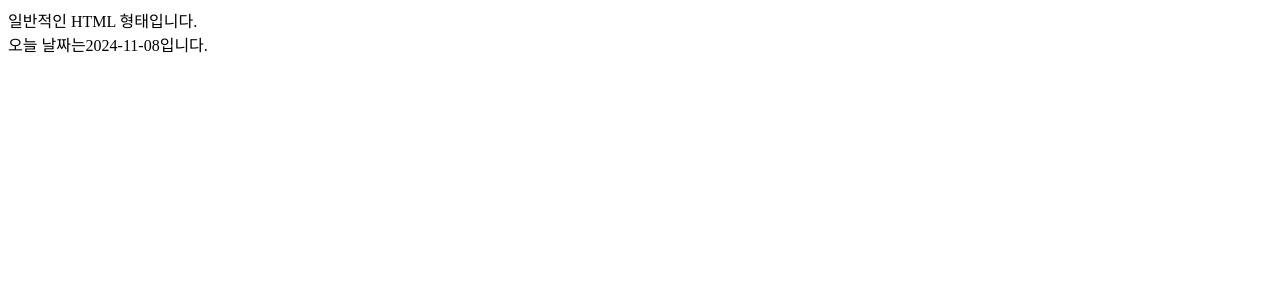
Repository: suji3kr/JSP_data
Page: http://localhost/studyJSP/date_exam.jsp
An editor plug-in stored every save of this project. The page is shown before and after the next save, followed by the edit.
The browser window is 1280 px wide. The pictures show the whole page.
The page is served by Tomcat 10. Other server files are loaded and not shown.

Above is the page before, as saved 2024-11-11 06:23:56.

### studyJSP/src/main/webapp/date_exam.jsp
<%@page import="java.text.SimpleDateFormat"%>
<%@ page language="java" contentType="text/html; charset=UTF-8"
    pageEncoding="UTF-8"%>
<%@ page import ="java.util.*, java.text.*" %>
<!DOCTYPE html>
<html>
<head>
<meta charset="UTF-8">
<title>날짜 실습</title>
</head>
<body>

	<%
		Date date = new Date();
		SimpleDateFormat simpleDate = new SimpleDateFormat("yyy-MM-dd");
		String strdate = simpleDate.format(date);
	%>
	일반적인 HTML 형태입니다.<br>
	오늘 날짜는<%=strdate %>입니다.

</body>
</html>

After the next save:
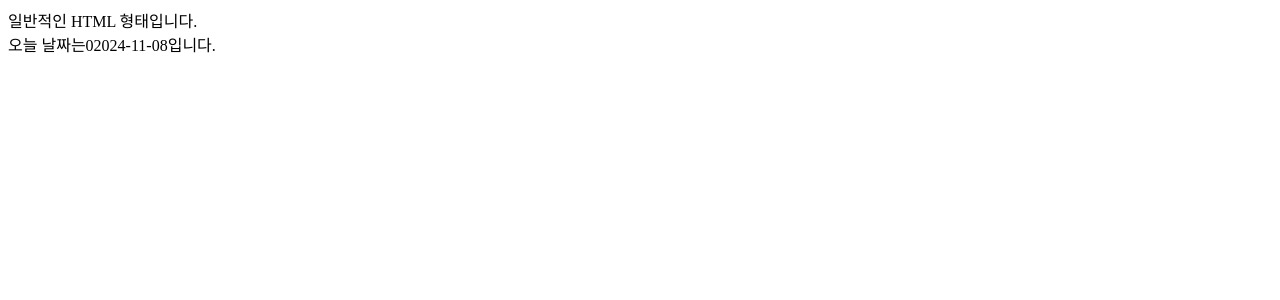
Saved 8 s later.
--- a/studyJSP/src/main/webapp/date_exam.jsp
+++ b/studyJSP/src/main/webapp/date_exam.jsp
@@ -12,7 +12,7 @@
 
 	<%
 		Date date = new Date();
-		SimpleDateFormat simpleDate = new SimpleDateFormat("yyy-MM-dd");
+		SimpleDateFormat simpleDate = new SimpleDateFormat("yyyyy-MM-dd");
 		String strdate = simpleDate.format(date);
 	%>
 	일반적인 HTML 형태입니다.<br>

After the save that followed:
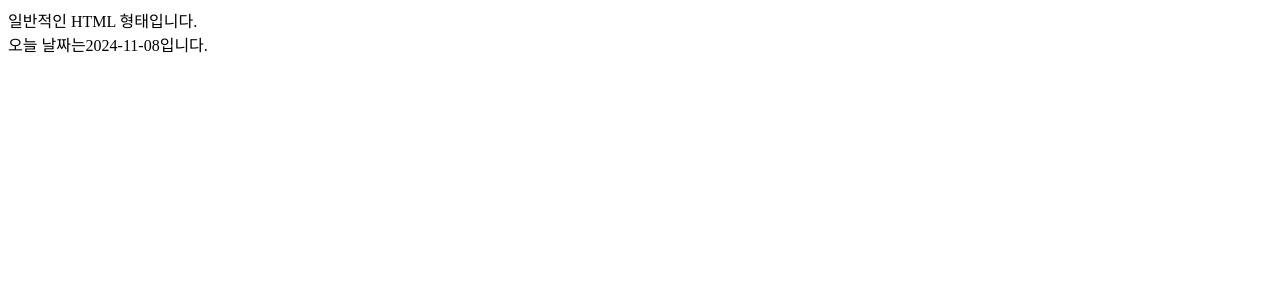
Saved 9 s later.
--- a/studyJSP/src/main/webapp/date_exam.jsp
+++ b/studyJSP/src/main/webapp/date_exam.jsp
@@ -12,7 +12,7 @@
 
 	<%
 		Date date = new Date();
-		SimpleDateFormat simpleDate = new SimpleDateFormat("yyyyy-MM-dd");
+		SimpleDateFormat simpleDate = new SimpleDateFormat("y-MM-dd");
 		String strdate = simpleDate.format(date);
 	%>
 	일반적인 HTML 형태입니다.<br>
